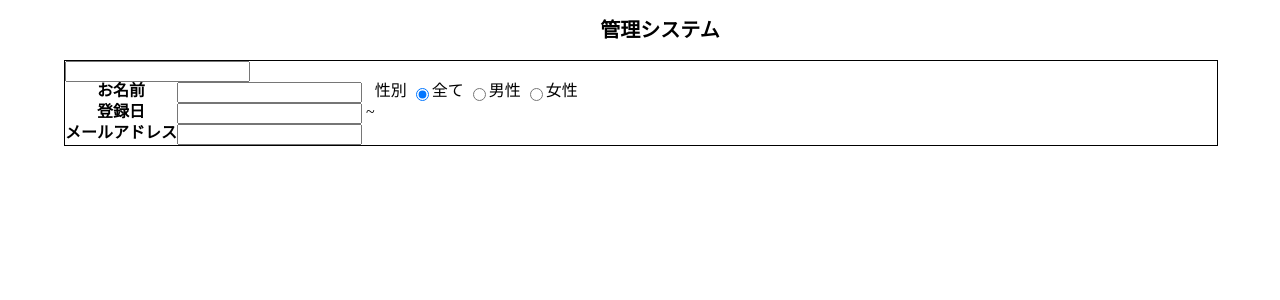
Repository: masanarimiura/20220723_miura_advance_test
Page: http://localhost/manage
The author's editor kept a copy of each file at every save. The page is drawn from the files as they stood at one save, then again after a run of saves.
The browser window is 1280 px wide. The pictures show the whole page.
The page is served by the project's Laravel application, run on PHP 8.4 with Laravel 8. Other server files are loaded and not shown.

Above is the page before, as saved 2022-07-19 20:16:22.

### routes/web.php
<?php

use Illuminate\Support\Facades\Route;
use App\Http\Controllers\ContactController;


Route::get('/', [ContactController::class, 'index']);
Route::post('/', [ContactController::class, 'input']);
Route::get('/confirm', [ContactController::class, 'retype']);
Route::post('/confirm', [ContactController::class, 'store']);
Route::get('/thanks', [ContactController::class, 'thanks']);
Route::get('/manage', [ContactController::class, 'manage']);

### app/Http/Controllers/ContactController.php
<?php

namespace App\Http\Controllers;

use Illuminate\Http\Request;
use App\Models\Contact;
use App\Http\Requests\ClientRequest;

class ContactController extends Controller
{
    public function index()
    {
        return view('index');
    }

    public function input(ClientRequest $request)
    {
        return view('confirm',$request);
    }

    public function retype(Request $request)
    {
        return redirect('/')->withInput();
    }

    public function store(Request $request)
    {
        // 登録処理
        return view('thanks');
    }

    public function thanks()
    {
        return view('thanks');
    }

    public function manage()
    {
        return view('manage');
    }



    // public function search(Request $request)
    // {
    //     $item = Contact::find($request->input);
    //     $param = [
    //         'item' => $item,
    //         'input' => $request->input
    //     ];
    //     return view('find', $param);
    // }
}

### resources/views/manage.blade.php
<!DOCTYPE html>
<html lang="ja">

<head>
  <meta charset="UTF-8">
  <meta name="viewport" content="width=device-width, initial-scale=1.0">
  <meta http-equiv="X-UA-Compatible" content="ie=edge">
  <title>advance_test</title>
  <style>
    html, body, div, span, object, iframe,
h1, h2, h3, h4, h5, h6, p, blockquote, pre,
abbr, address, cite, code,
del, dfn, em, img, ins, kbd, q, samp,
small, strong, sub, sup, var,
b, i,
dl, dt, dd, ol, ul, li,
fieldset, form, label, legend,
table, caption, tbody, tfoot, thead, tr, th, td,
article, aside, canvas, details, figcaption, figure,
footer, header, hgroup, menu, nav, section, summary,
time, mark, audio, video {
    margin:0;
    padding:0;
    border:0;
    outline:0;
    font-size:100%;
    vertical-align:baseline;
    background:transparent;
}

body {
    line-height:1;
}

article,aside,details,figcaption,figure,
footer,header,hgroup,menu,nav,section {
    display:block;
}

nav ul {
    list-style:none;
}

blockquote, q {
    quotes:none;
}

blockquote:before, blockquote:after,
q:before, q:after {
    content:'';
    content:none;
}

a {
    margin:0;
    padding:0;
    font-size:100%;
    vertical-align:baseline;
    background:transparent;
}

/* change colours to suit your needs */
ins {
    background-color:#ff9;
    color:#000;
    text-decoration:none;
}

/* change colours to suit your needs */
mark {
    background-color:#ff9;
    color:#000;
    font-style:italic;
    font-weight:bold;
}

del {
    text-decoration: line-through;
}

abbr[title], dfn[title] {
    border-bottom:1px dotted;
    cursor:help;
}

table {
    border-collapse:collapse;
    border-spacing:0;
}

/* change border colour to suit your needs */
hr {
    display:block;
    height:1px;
    border:0;
    border-top:1px solid #cccccc;
    margin:1em 0;
    padding:0;
}

input, select {
    vertical-align:middle;
}
/* ここまでreset.css */
.manage {
  width:90%;
  margin: 0 auto;
}
.manage h2{
  text-align:center;
  padding: 20px;
  font-size:20px;
  width: 100%;
}
.system {
  width:100%;
  border:solid 1px black;
}
.search-gender p {
  display: inline;
}


.show-data {
  width:100%;
}
  </style>
</head>

<body>
  <div class="manage">
    <h2>管理システム</h2>
    <div class="system">
      <form action="">
        <table>
          @csrf
          <tr>
            <th>お名前</th>
            <td>
              <input type="text" name="full_name-search" value="" >
            </td>
            <td class="search-gender">
              <p>性別</p>
              <input type="radio" name="gender" value="全て" checked class="check-box">全て
              <input type="radio" name="gender" value="男性" class="check-box">男性
              <input type="radio" name="gender" value="女性" class="check-box">女性
            </td>
          </tr>
          <tr>
            <th>登録日</th>
            <td>
              <input type="text" name="begin-search-date" value="" >
              <span>~</span>
              <td></td>
              <input type="text" name="end-search-date" value="" >
            </td>
          </tr>
          <tr>
            <th>メールアドレス</th>
            <td>
              <input type="text" name="email-search" value="" >
            </td>
          </tr>
        </table>
      </form>
    </div>


    <div class="show-data">
    </div>
  </div>
</body>
</html>

<script>

</script>

Loaded but not shown: app/Providers/AppServiceProvider.php (common file); app/Http/Controllers/Controller.php (common file)

After the next 3 saves:
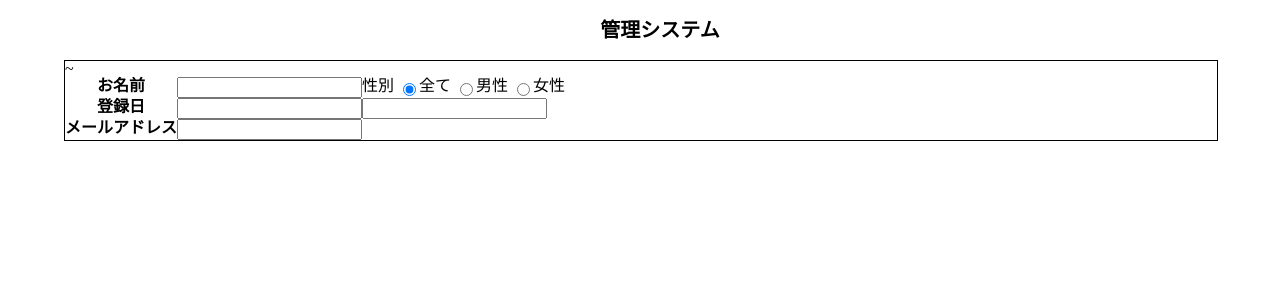
The 3 saves are shown as one change because they came seconds apart.
The last was saved 10 s later.
--- a/resources/views/manage.blade.php
+++ b/resources/views/manage.blade.php
@@ -150,8 +150,9 @@ input, select {
             <th>登録日</th>
             <td>
               <input type="text" name="begin-search-date" value="" >
+            </td>
               <span>~</span>
-              <td></td>
+            <td>
               <input type="text" name="end-search-date" value="" >
             </td>
           </tr>
